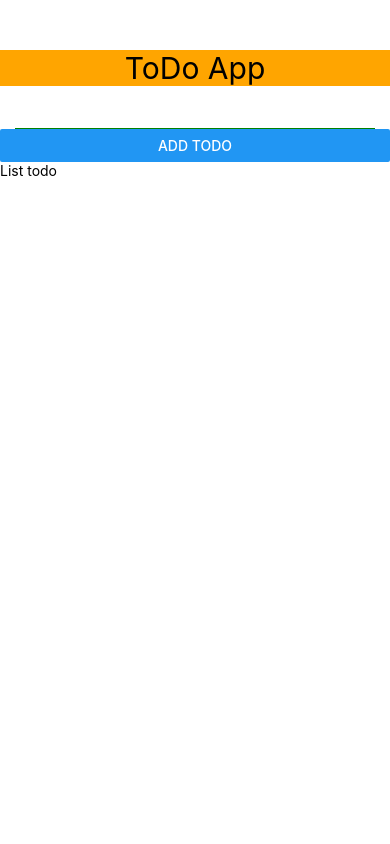
Repository: Ducbii4202/React-Native
Screen: /review-detail
The author's editor kept a copy of each file at every save. The screen is drawn from the files as they stood at one save, then again after the next save.
The app was drawn by React Native's web renderer in a window 390 px wide. The project was rebuilt for these pictures with package versions that can differ from the ones it lists, and the page was loaded fresh each time.

Above is the screen before, as saved 2024-09-15 21:09:58.

### App.tsx

import { useState } from 'react';
import { Button, FlatList, ScrollView, StyleSheet, Text, TextInput, View } from 'react-native';

export default function App() {


  return (
    <View style={styles.container}>
      <Text style={styles.header}>ToDo App</Text>

      {/* form */}
      <View>
        <TextInput
        style={styles.todoInput}
        />
        <Button title='Add todo'/>
      </View>

      {/* list todo */}
      <View>
        <Text>List todo</Text>
      </View>

    </View>
  );
}


//css in js
const styles = StyleSheet.create({
  container: {
    flex: 1,
    backgroundColor: '#fff',
    paddingTop: 50,
    // alignItems: 'center',
    // justifyContent: 'center',
  },
  header: {
    backgroundColor: 'orange',
    paddingHorizontal: 20,
    textAlign: 'center',
    fontSize: 30,
  },
  todoInput: {
    borderBottomWidth: 1,
    borderBottomColor: 'green',
    padding: 5,
    marginHorizontal: 15,
    marginTop: 15,

  }

});

After the next save:
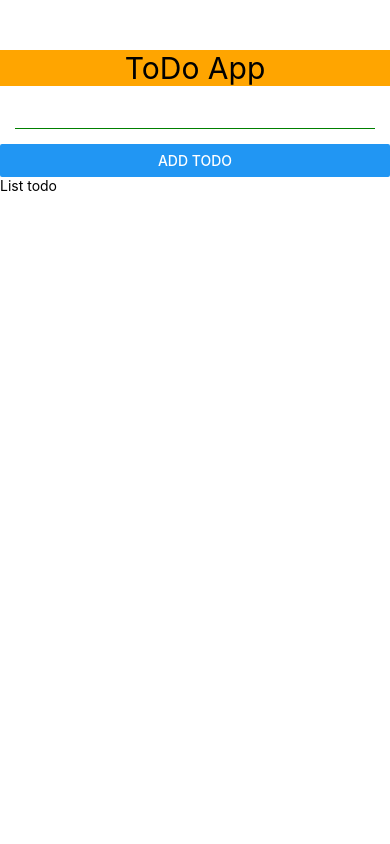
Saved 51 s later.
--- a/App.tsx
+++ b/App.tsx
@@ -47,7 +47,7 @@ const styles = StyleSheet.create({
     borderBottomColor: 'green',
     padding: 5,
     marginHorizontal: 15,
-    marginTop: 15,
+    margin: 15.
 
   }
 
